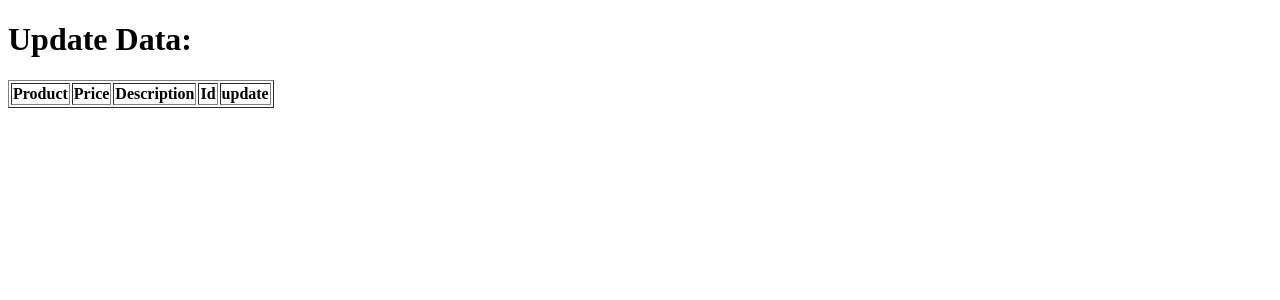
Repository: Shreya200012/FoodBox
Page: http://localhost/foodWeb/updateData.jsp
An editor plug-in stored every save of this project. The page is shown before and after the next save, followed by the edit.
The browser window is 1280 px wide. The pictures show the whole page.
The page is served by Tomcat 9. Queries for data that is not in the repository find no rows.

Above is the page before, as saved 2022-06-14 16:40:06.

After the next save:
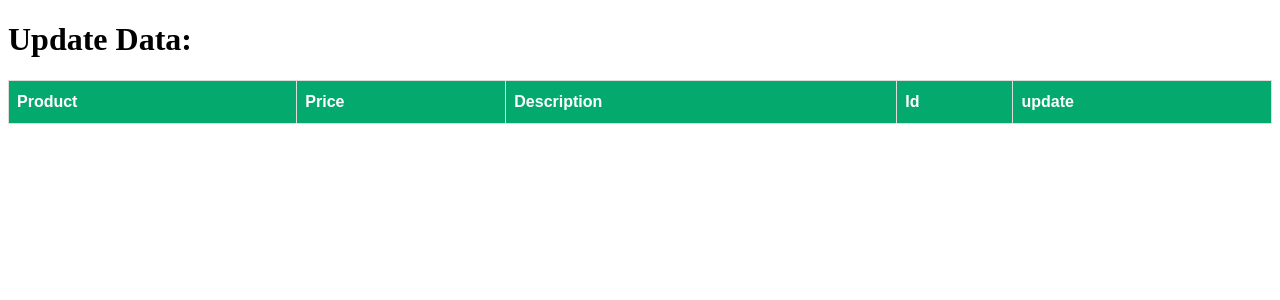
Saved 35 s later.
--- a/foodWeb/src/main/webapp/updateData.jsp
+++ b/foodWeb/src/main/webapp/updateData.jsp
@@ -52,7 +52,7 @@
 
 <h1>Update Data: </h1>
 
-<table border="1" class="customers">
+<table border="1" id="customers">
 <tr>
 <th>Product</th>
 <th>Price</th>
